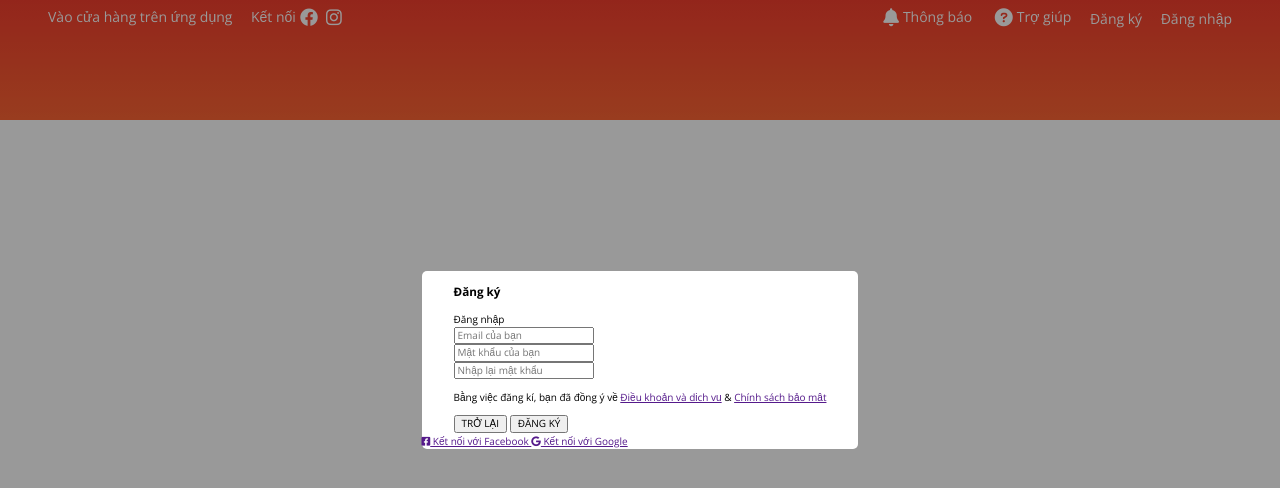
Repository: trongtamdev/Clone-Shopee-Page
Page: index.html
These files come from the project's save history. The page is drawn as it stood at one moment and after the next save; the edit follows.
The browser window is 1280 px wide. The pictures show the whole page.

Above is the page before, as saved 2022-07-08 20:56:41.

After the next save:
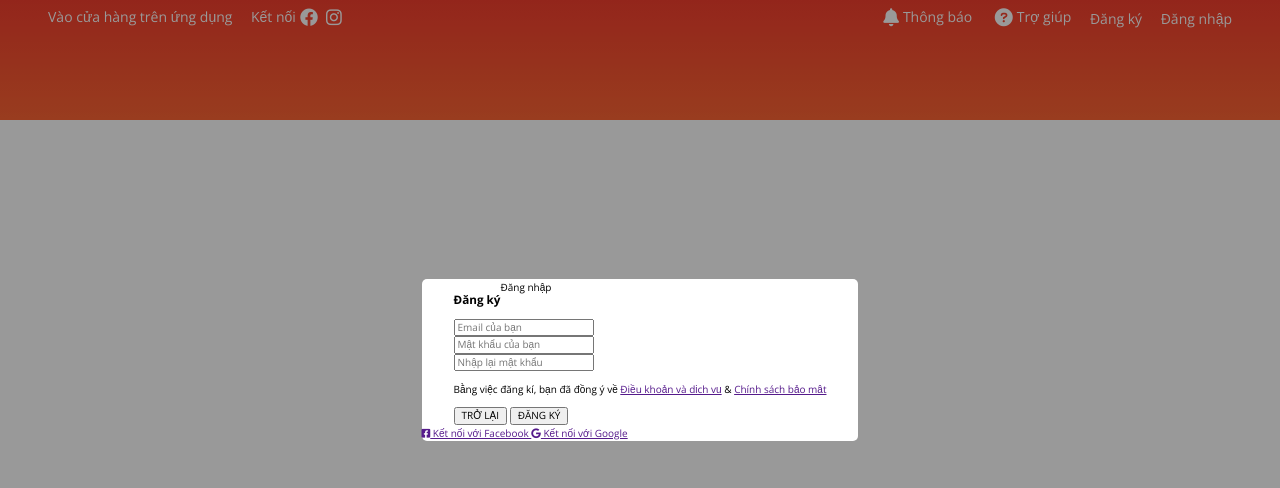
Saved 73 s later.
--- a/assets/css/main.css
+++ b/assets/css/main.css
@@ -117,3 +117,7 @@
 .auth-form__container {
     padding: 0 32px;
 }
+
+.auth-form__header {
+    display: flex;
+}
